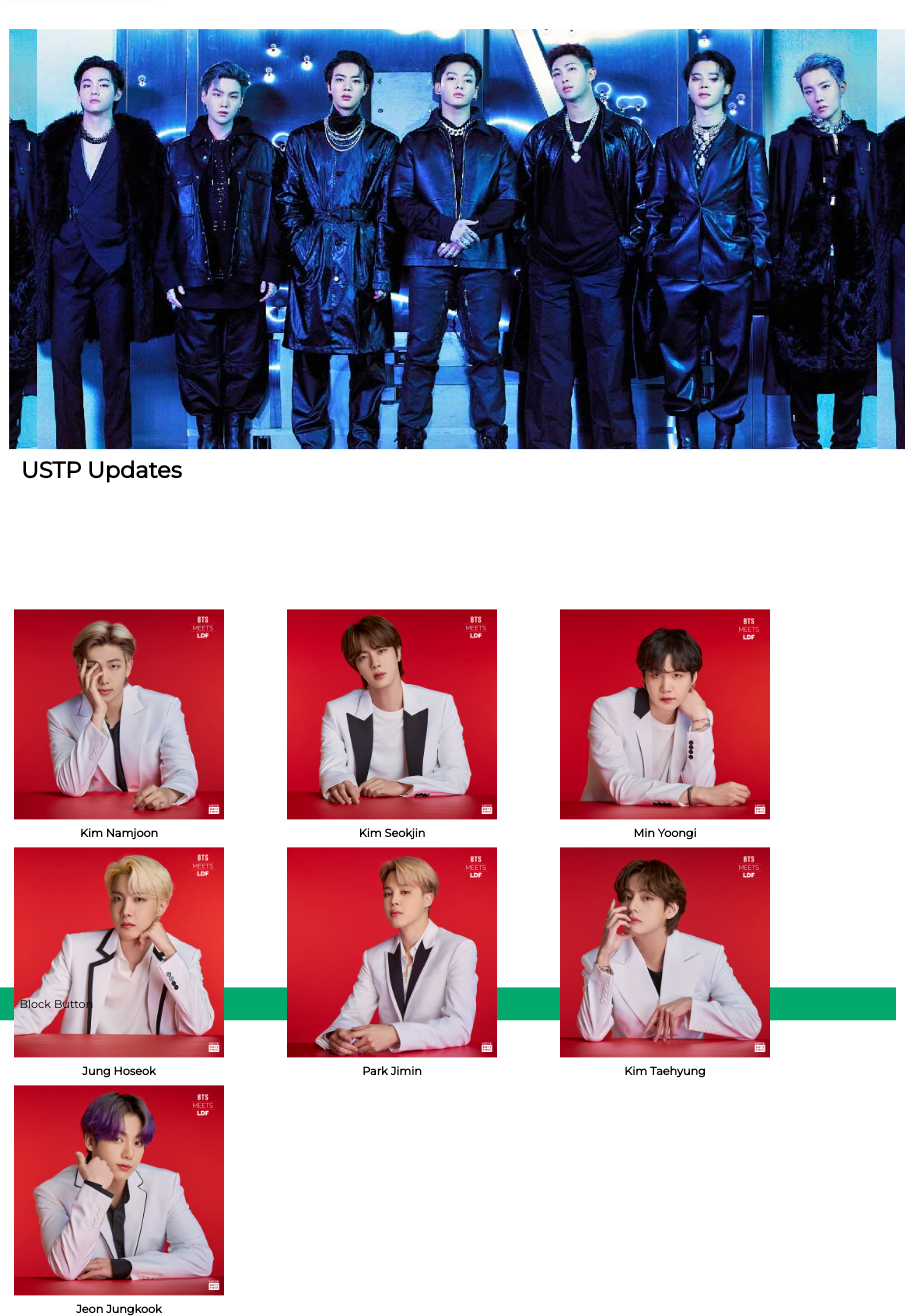
Repository: Joy5345/Colis-MidTerm_PIT
Page: index.html
An editor plug-in stored every save of this project. The page is shown before and after the next save, followed by the edit.
The browser window is 1280 px wide. The page is 1293 px wide, so the pictures cover 1293 px, including what lies to the right of the window. The pictures show the part of the page from y = 911 to 2791 px (the page is 2791 px tall), at 70% of full size.

Above is the page before, as saved 2023-07-29 20:13:32.

After the next save:
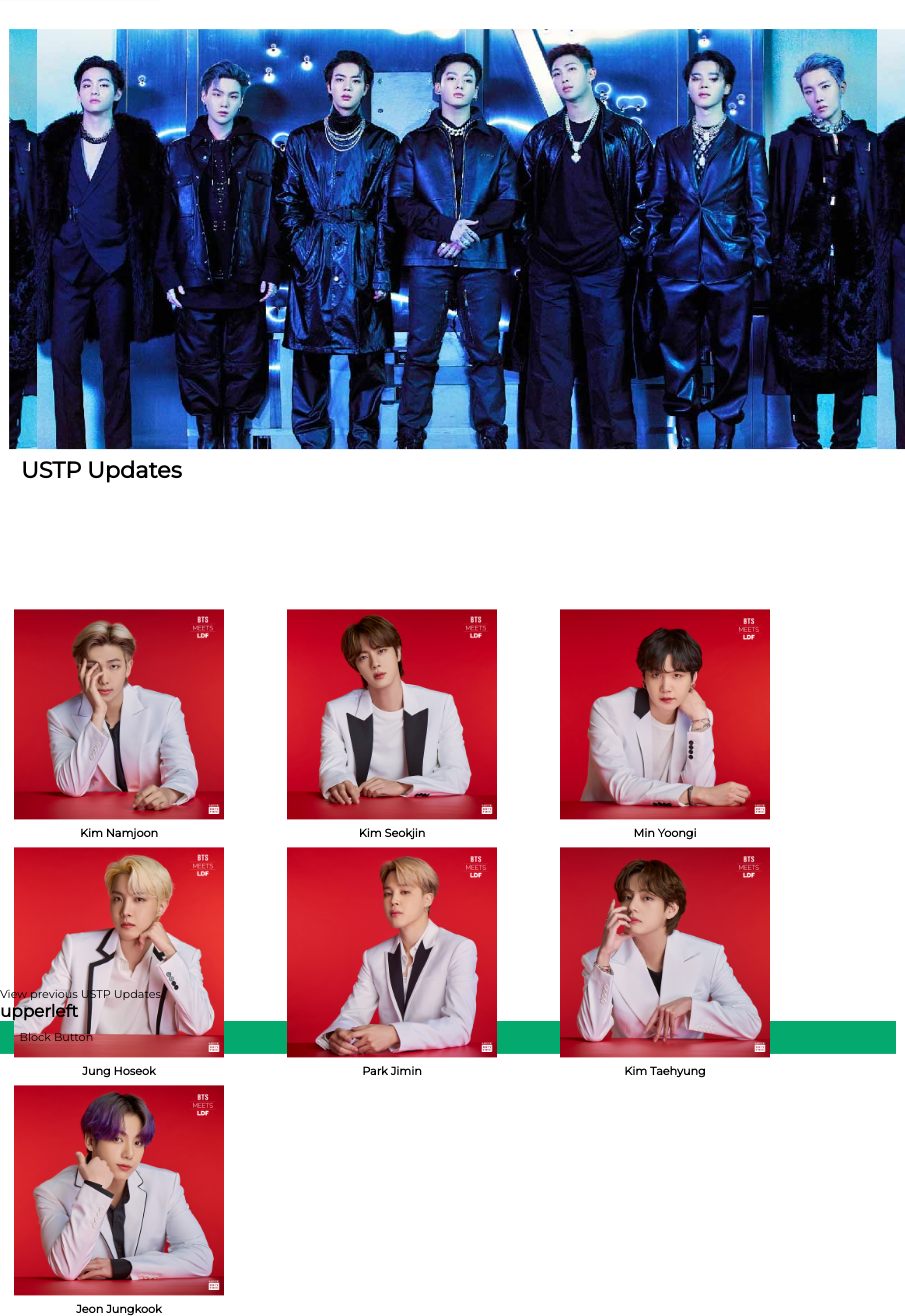
Saved 12 min 24 s later.
--- a/index.html
+++ b/index.html
@@ -146,6 +146,17 @@
         </div>
     </div>
 
+    <div class="hovermid">
+
+        <div>
+            <a>View previous USTP Updates</a>
+
+        </div>
+    </div>
+    <div class="head">
+        <h2>upperleft</h2>
+    </div>
+
     <div class="container5">
         <div>
             <button type="button" class="block">Block Button</button>

After the save that followed:
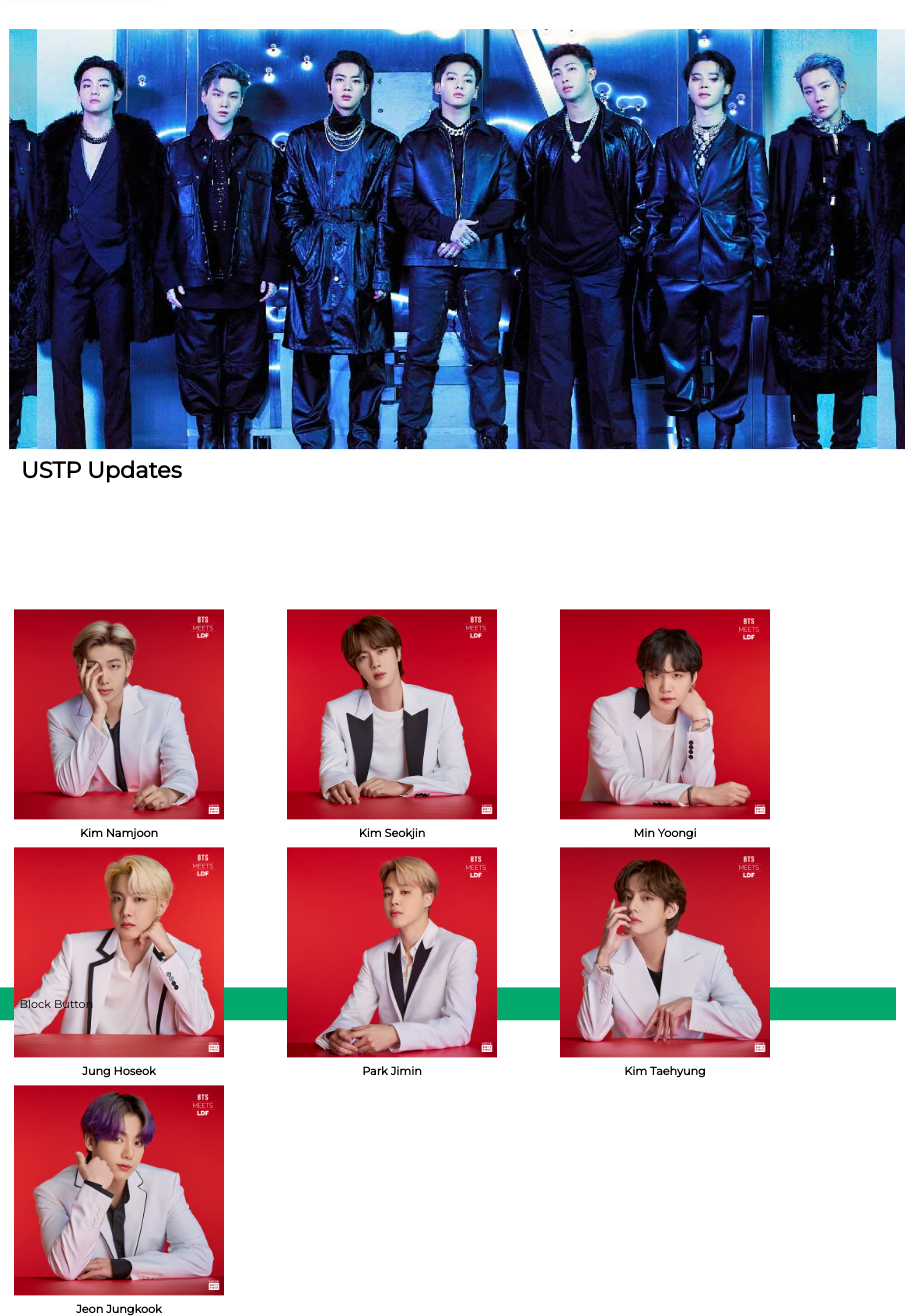
Saved 3 min 51 s later.
--- a/index.html
+++ b/index.html
@@ -146,16 +146,6 @@
         </div>
     </div>
 
-    <div class="hovermid">
-
-        <div>
-            <a>View previous USTP Updates</a>
-
-        </div>
-    </div>
-    <div class="head">
-        <h2>upperleft</h2>
-    </div>
 
     <div class="container5">
         <div>
